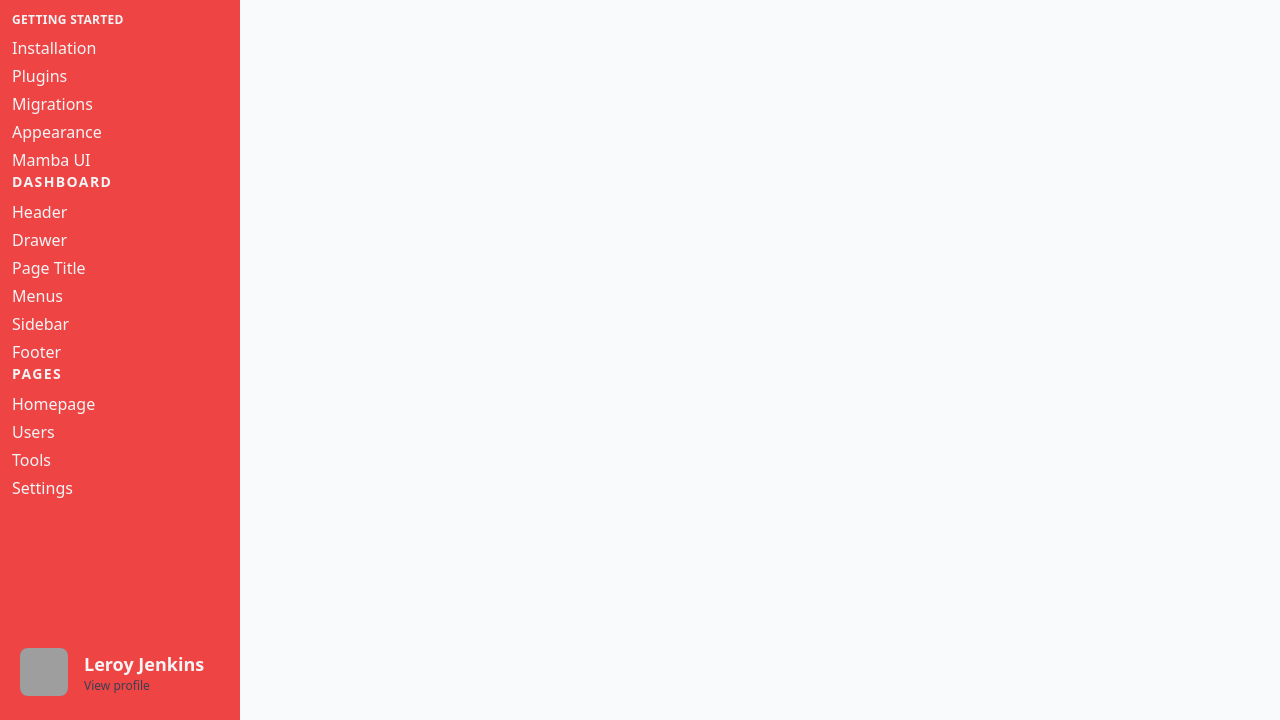
Repository: erulabs243/museum
Page: /dashboard
An editor plug-in stored every save of this project. The page is shown before and after the next save, followed by the edit.
The browser window is 1280 px wide. The pictures show the whole page.
Pictures or frames that could not be fetched are drawn as grey boxes. The project was rebuilt for these pictures with package versions that can differ from the ones it lists, and the page was loaded fresh each time. Also part of the build but not shown: vite.config.js, src/pages/admin/Home.jsx, src/components/atoms/headers/NavLink.jsx, src/components/atoms/headers/Button.jsx, src/components/atoms/TagBadge.jsx, src/components/atoms/MyAudioPlayer.jsx, src/components/atoms/MyVideoPlayer.jsx, src/components/atoms/MediaCard.jsx and 24 more.

Above is the page before, as saved 2022-08-10 19:53:59.

### index.html
<!DOCTYPE html>
<html lang="en">
  <head>
    <meta charset="UTF-8" />
    <link rel="icon" type="image/svg+xml" href="/vite.svg" />
    <link rel="stylesheet" href="src/theme/App.css">
    <meta name="viewport" content="width=device-width, initial-scale=1.0" />
    <title>Museum...</title>
  </head>
  <body class="bg-gray-50">
    <div id="root"></div>
    <script type="module" src="/src/main.jsx"></script>
  </body>
</html>

### src/App.jsx
'use strict';

import { BrowserRouter, Route, Routes } from 'react-router-dom';
import { AdminRoutes, CommonsRoutes, UserRoutes, AuthRoutes } from './routes';

const App = () => {
    return (
        <BrowserRouter>
            <Routes>
                {AuthRoutes.map((route) => (
                    <Route path={route.path} key={route.path} element={route.element} />
                ))}
                {UserRoutes.map((route) => (
                    <Route path={route.path} key={route.path} element={route.element} />
                ))}
                {AdminRoutes.map((route) => (
                    <Route path={route.path} key={route.path} element={route.element} />
                ))}
                {CommonsRoutes.map((route) => (
                    <Route path={route.path} key={route.path} element={route.element} />
                ))}
            </Routes>
        </BrowserRouter>
    );
};

export default App;

### src/routes/index.jsx
'use strict';

import AdminRoutes from "./AdminRoutes";
import CommonsRoutes from "./CommonsRoutes";
import UserRoutes from "./UserRoutes";
import AuthRoutes from "./AuthRoutes";

export {UserRoutes, AdminRoutes, CommonsRoutes, AuthRoutes};

### src/routes/AdminRoutes.jsx
'use strict';

import { Contact, Dashboard, Post } from '../pages/admin';

const AdminRoutes = [
    {
        path: '/dashboard',
        element: <Dashboard />
    },
    {
        path: '/post',
        element: <Post />
    },
    {
        path: '/contacts',
        element: <Contact />
    }
];

export default AdminRoutes;

### src/routes/CommonsRoutes.jsx
'use strict';

import { NotFound } from '../pages/commons';

const CommonsRoutes = [
    {
        path: '*',
        element: <NotFound />
    }
];

export default CommonsRoutes;

### src/routes/UserRoutes.jsx
'use strict';

import {
    About,
    Contact,
    Gallery,
    Home,
    Library,
    Podcast,
    Story,
    Testimonials,
    Videos
} from '../pages/user';

const UserRoutes = [
    {
        path: '/',
        element: <Home />
    },
    {
        path: '/contact',
        element: <Contact />
    },
    {
        path: '/library',
        element: <Library />
    },
    {
        path: '/stories',
        element: <Testimonials />
    },
    {
        path: '/stories/:slug',
        element: <Story />
    },
    {
        path: '/gallery',
        element: <Gallery />
    },
    {
        path: '/videos',
        element: <Videos />
    },
    {
        path: '/podcast',
        element: <Podcast />
    },
    {
        path: '/about',
        element: <About />
    }
];

export default UserRoutes;

### src/routes/AuthRoutes.jsx
'use strict';

import { Login } from '../pages/auth';

const AuthRoutes = [
    {
        path: '/login',
        element: <Login />
    }
];

export default AuthRoutes;

### src/pages/admin/index.jsx
'use strict';

import Home from './Home';
import Dashboard from './Dashboard';
import Contact from './Contact';
import Post from './Post';

export { Home, Dashboard, Contact, Post };

### src/pages/commons/index.jsx
'use strict';

import NotFound from './NotFound';

export { NotFound };

### src/pages/user/index.jsx
'use strict';

import Blog from './Blog';
import Contact from './Contact';
import Gallery from './Gallery';
import Library from './Library';
import Podcast from './Podcast';
import Testimonials from './Testimonials';
import Videos from './Videos';
import Home from './Home';
import Story from './Story';
import About from './About';

export { Home, Blog, Contact, Gallery, Library, Podcast, Testimonials, Videos, Story, About };

### src/pages/auth/index.jsx
'use strict';

import Login from "./Login";

export {Login};

### src/pages/admin/Dashboard.jsx
'use strict';

import { AdminSidebar } from '../../components/sections';

const Dashboard = () => {
    return (
        <main>
            <AdminSidebar />
        </main>
    );
};

export default Dashboard;

### src/components/sections/index.jsx
'use strict';

import Navbar from './Navbar';
import Footer from './Footer';
import Testimonial from './Testimonial';
import LibraryHeader from './LibraryHeader';
import Pagination from './Pagination';
import Article from './Article';
import Image from './Image';
import Modal from './Modal';
import AdminSidebar from './AdminSidebar';

export {
    Navbar,
    Footer,
    Testimonial,
    LibraryHeader,
    Pagination,
    Article,
    Image,
    Modal,
    AdminSidebar
};

### src/components/sections/AdminSidebar.jsx
'use strict';

import { LogoutIcon } from '@heroicons/react/solid';

const AdminSidebar = () => {
    return (
        <div className="flex flex-col h-screen p-3 w-60 bg-red-500 text-gray-100">
            <div className="space-y-2">
                <h2 className="text-xs font-semibold tracking-wide uppercase dark:text-gray-700">
                    Getting Started
                </h2>
                <div className="flex flex-col space-y-1">
                    <a rel="noopener noreferrer" href="#">
                        Installation
                    </a>
                    <a rel="noopener noreferrer" href="#">
                        Plugins
                    </a>
                    <a rel="noopener noreferrer" href="#">
                        Migrations
                    </a>
                    <a rel="noopener noreferrer" href="#">
                        Appearance
                    </a>
                    <a rel="noopener noreferrer" href="#">
                        Mamba UI
                    </a>
                </div>
            </div>
            <div className="space-y-2">
                <h2 className="text-sm font-semibold tracking-widest uppercase dark:text-gray-400">
                    Dashboard
                </h2>
                <div className="flex flex-col space-y-1">
                    <a rel="noopener noreferrer" href="#">
                        Header
                    </a>
                    <a rel="noopener noreferrer" href="#">
                        Drawer
                    </a>
                    <a rel="noopener noreferrer" href="#">
                        Page Title
                    </a>
                    <a rel="noopener noreferrer" href="#">
                        Menus
                    </a>
                    <a rel="noopener noreferrer" href="#">
                        Sidebar
                    </a>
                    <a rel="noopener noreferrer" href="#">
                        Footer
                    </a>
                </div>
            </div>
            <div className="space-y-2">
                <h2 className="text-sm font-semibold tracking-widest uppercase dark:text-gray-400">
                    Pages
                </h2>
                <div className="flex flex-col space-y-1">
                    <a rel="noopener noreferrer" href="#">
                        Homepage
                    </a>
                    <a rel="noopener noreferrer" href="#">
                        Users
                    </a>
                    <a rel="noopener noreferrer" href="#">
                        Tools
                    </a>
                    <a rel="noopener noreferrer" href="#">
                        Settings
                    </a>
                </div>
            </div>
            <div className="flex items-center p-2 mt-12 space-x-4 justify-self-end absolute bottom-4">
                <img
                    src="https://source.unsplash.com/100x100/?portrait"
                    alt=""
                    className="w-12 h-12 rounded-lg bg-gray-500"
                />
                <div>
                    <h2 className="text-lg font-semibold">Leroy Jenkins</h2>
                    <span className="flex items-center space-x-1">
                        <a
                            rel="noopener noreferrer"
                            href="#"
                            className="text-xs hover:underline text-gray-700">
                            View profile
                        </a>
                    </span>
                </div>
            </div>
        </div>
    );
};

export default AdminSidebar;

Loaded but not shown: src/main.jsx (common file); src/theme/App.css (2450 lines, source omitted)

After the next save:
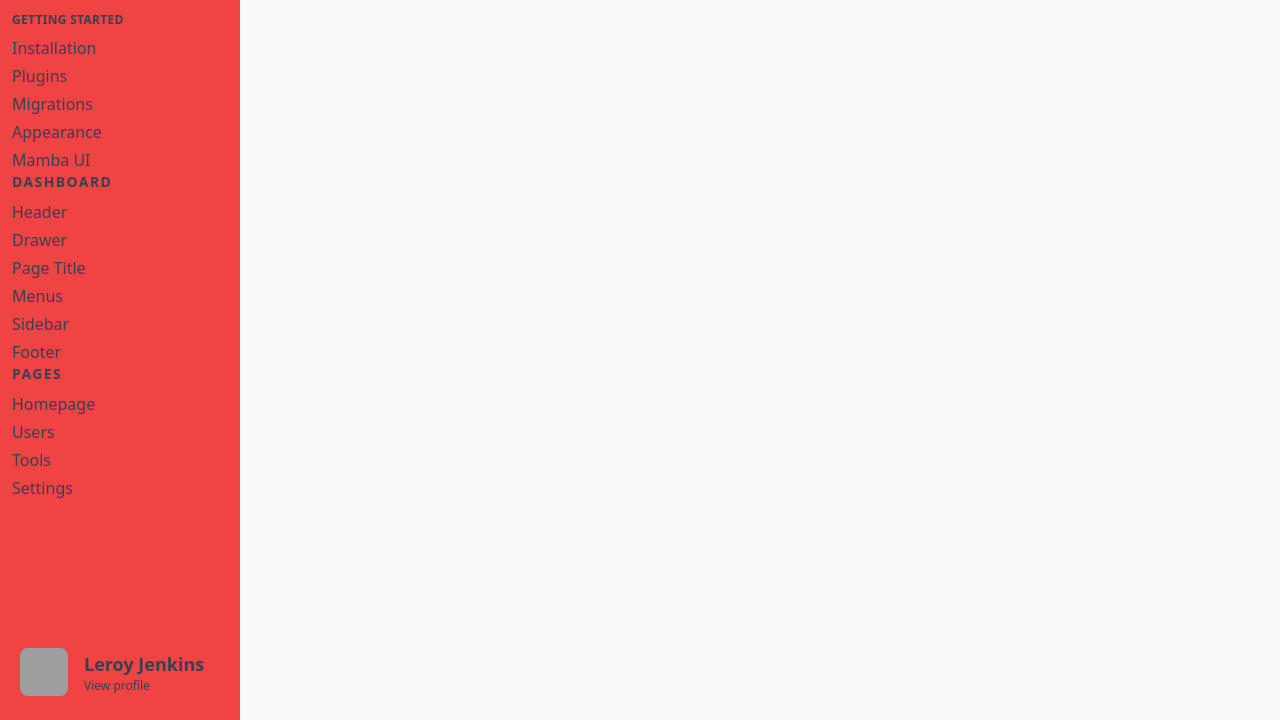
Saved 5 s later.
--- a/src/components/sections/AdminSidebar.jsx
+++ b/src/components/sections/AdminSidebar.jsx
@@ -4,7 +4,7 @@
 
 const AdminSidebar = () => {
     return (
-        <div className="flex flex-col h-screen p-3 w-60 bg-red-500 text-gray-100">
+        <div className="flex flex-col h-screen p-3 w-60 bg-red-500 text-gray-700">
             <div className="space-y-2">
                 <h2 className="text-xs font-semibold tracking-wide uppercase dark:text-gray-700">
                     Getting Started

After the save that followed:
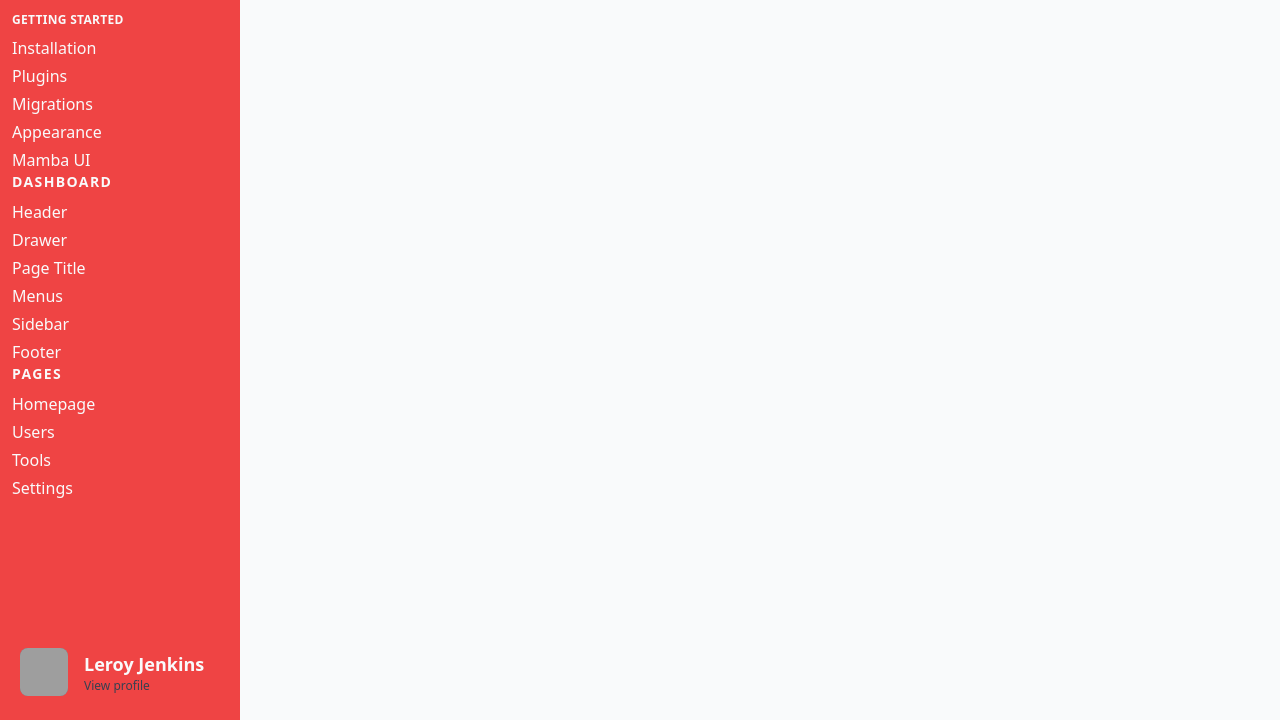
Saved 4 s later.
--- a/src/components/sections/AdminSidebar.jsx
+++ b/src/components/sections/AdminSidebar.jsx
@@ -4,7 +4,7 @@
 
 const AdminSidebar = () => {
     return (
-        <div className="flex flex-col h-screen p-3 w-60 bg-red-500 text-gray-700">
+        <div className="flex flex-col h-screen p-3 w-60 bg-red-500 text-gray-50">
             <div className="space-y-2">
                 <h2 className="text-xs font-semibold tracking-wide uppercase dark:text-gray-700">
                     Getting Started
